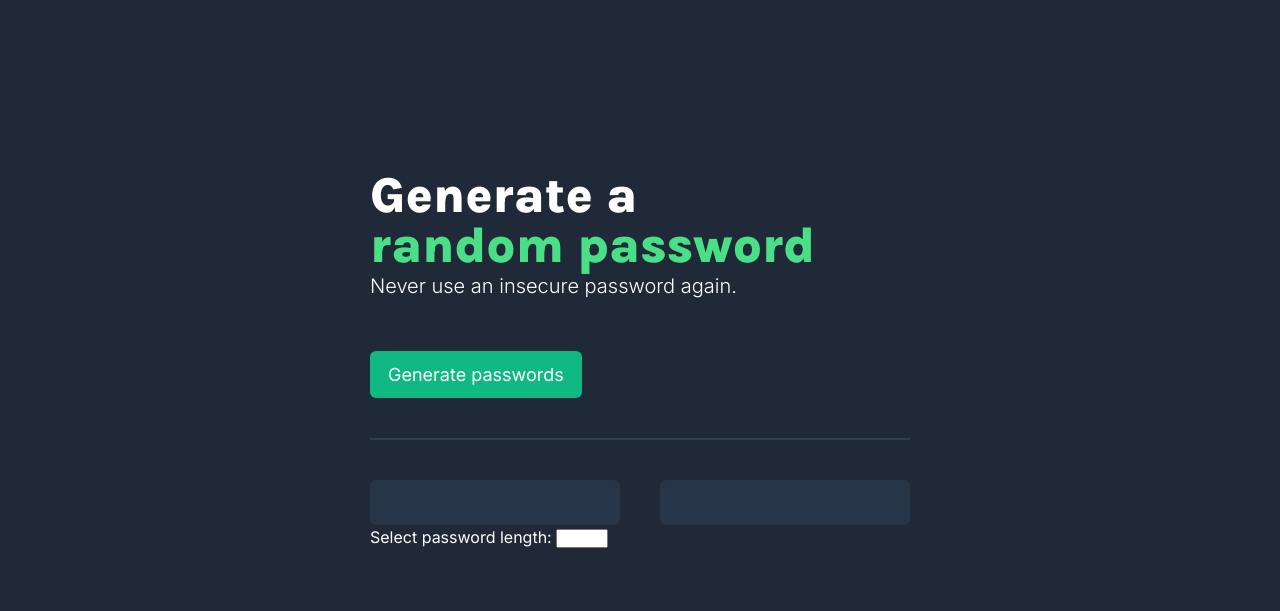
Repository: Ryan-Zayne/RANDOM-PASSWORD-GENERATOR
Page: index.html
These files come from the project's save history. The page is drawn as it stood at one moment and after the next save; the edit follows.
The browser window is 1280 px wide. The pictures show the whole page.
Some web libraries are served in a nearby version.

Above is the page before, as saved 2022-09-25 14:27:42.

After the next save:
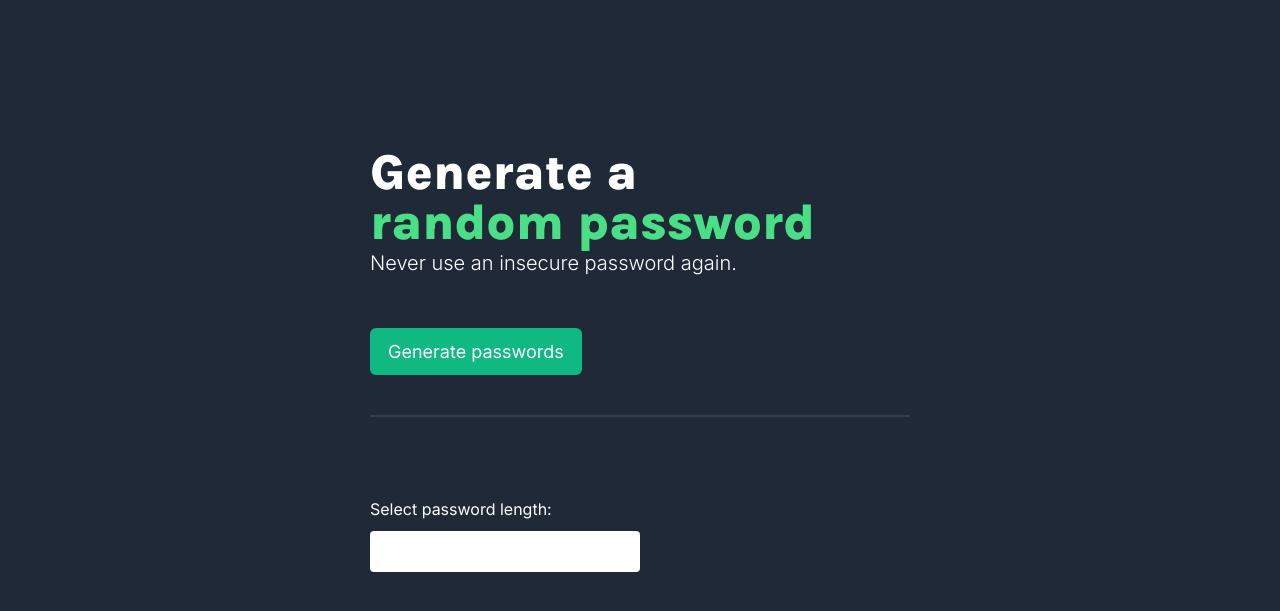
Saved 113 s later.
--- a/styles.css
+++ b/styles.css
@@ -98,7 +98,7 @@ hr{
     height: 4.5rem;
     background-color: #273549;
     position: relative;
-
+}
 /* [id ^="password-el"]::after{
     content: attr(data-text);
     position: absolute;
@@ -107,7 +107,7 @@ hr{
     background-color: #1e293f;
 } */
 
-[id ^="password-el"]::before {
+[id ^="password-el"]{
     position: absolute;
     right: 0.8rem;
     bottom: 0.9rem;
